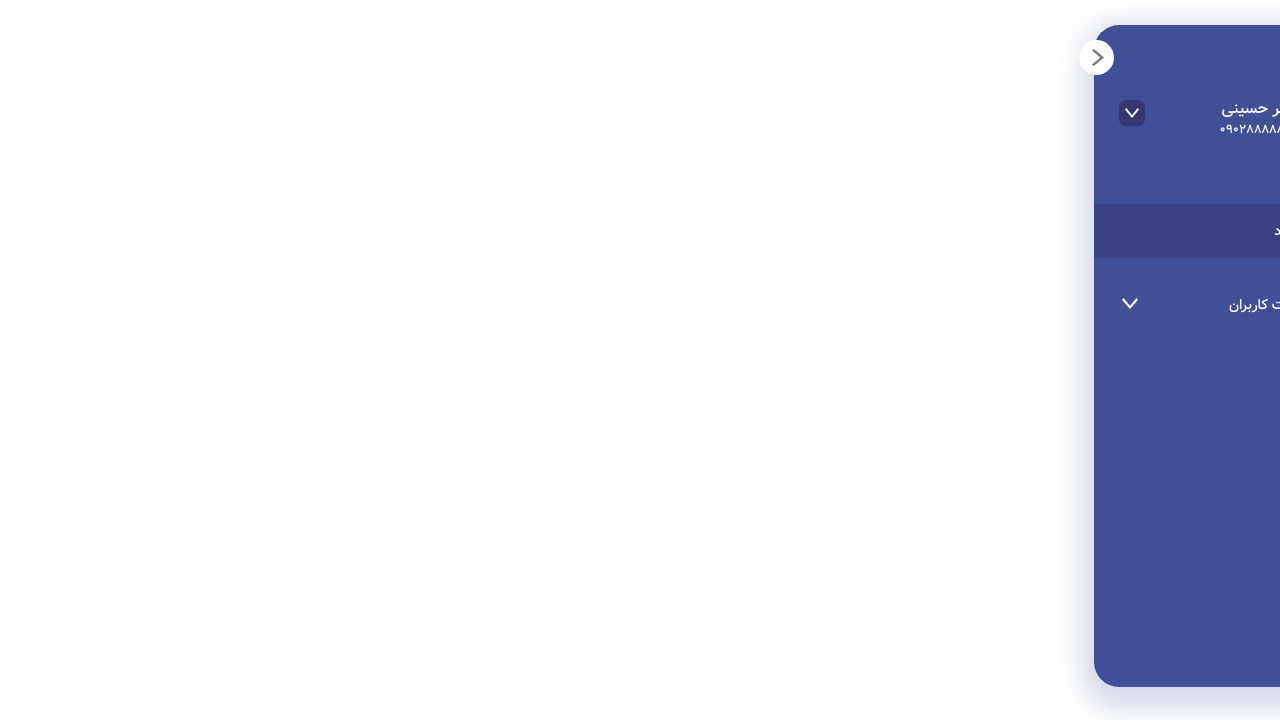
Repository: kosar78/quiz-online
Page: manager-panel-dashbord.html
The author's editor kept a copy of each file at every save. The page is drawn from the files as they stood at one save, then again after the next save.
The browser window is 1280 px wide. The pictures show the whole page.

Above is the page before, as saved 2021-11-09 02:15:00.

### manager-panel-dashbord.html
<!DOCTYPE html>
<html lang="en">
<head>
    <meta charset="UTF-8">
    <meta name="viewport" content="width=device-width, initial-scale=1.0">
    <link rel="stylesheet" href="css/manager-panel.css">
    <link rel="stylesheet" href="bootstrap_files/css/bootstrap.min.css">
    <script type="text/javascript" src="JQuery_file/jQuery.js"></script>
    <script type="text/javascript" src="bootstrap_files/js/bootstrap.min.js"></script>
    <script type="text/javascript" src="js/manager-panel.js"></script>
    <title>پنل مدیر- داشبورد</title>
</head>
<body>
    <div class="container-fluid">
        <div class="row">
            <div class="col-xl-3 sidebar-parent">
                <div class="resize-sidebar">
                    <img class="resize-right show" src="images/right.svg" alt="">
                    <img class="resize-left hide" src="images/left.svg" alt="">
                </div>
                <div class="sidebar">
                    <ul class="user-profile">
                        <li class="user-img">
                            <img src="images/Cute-Kids-Baby-Girl-Toddler-SDL005498623-2-ce2cf.JPEG" alt="">
                        </li>
                        <li class="user-name-phone">
                            <p class="user-name">
                                کوثر حسینی
                            </p>
                            <p class="user-phone">
                                09028888888
                            </p>
                        </li>
                        <li class="manage-profile">
                            <img class="bottom show" src="images/bottom.svg" alt="">
                            <img class="top hide" src="images/top.svg" alt="">
                        </li>
                    </ul>
                    <div class="manage-profile-menubar hide">
                        <div>
                            <ul class="mp-menubar">
                                <li><img src="images/manage-profile-icon.svg" alt="" class="mp-icon"></li>
                                <li class="mp-name">
                                    پروفایل
                                </li>
                            </ul>
                            <ul class="mp-menubar">
                                <li><img src="images/change-pass-icon.svg" alt="" class="mp-icon"></li>
                                <li class="mp-name">
                                    تغییر رمز عبور
                                </li>
                            </ul>
                            <ul class="mp-menubar">
                                <li><img src="images/profile-manage-exit-icon.svg" alt="" class="mp-icon"></li>
                                <li class="mp-name">
                                    خروج
                                </li>
                            </ul>
                        </div>
                    </div>
                    <ul class="sidebar-case active-case dashbord">
                        <div class="v-line"></div>
                        <li class="case-icon">
                            <img src="images/dashbord-icon.svg" alt="">
                        </li>
                        <li class="case-name">
                            داشبورد
                        </li>
                    </ul>
                    <ul class="sidebar-case user-management">
                        <div class="v-line"></div>
                        <li class="case-icon">
                            <img src="images/user-management-icon.svg" alt="">
                        </li>
                        <li class="case-name">
                            مدیریت کاربران
                        </li>

                        <li class="user-mangement-cases-icon">
                            <img id="user-mangement-cases-icon-bottom" class="show" src="images/bottom.svg" alt="">
                            <img id="user-mangement-cases-icon-top" class="hide" src="images/top.svg" alt="">
                        </li>
                    </ul>
                    <div class="user-management-cases hide">
                        <ul class="user-management-case">
                            <li class="umc-icon"><img src="images/teacher-icon-hide.svg" alt=""></li>
                            <li class="umc-name">
                                استاد
                            </li>
                        </ul>
                        <ul class="user-management-case">
                            <li class="umc-icon"><img src="images/student-icon-hide.svg" alt=""></li>
                            <li class="umc-name">
                                دانشجو
                            </li>
                        </ul>
                        <ul class="user-management-case">
                            <li class="umc-icon"><img src="images/course-icon-hide.svg" alt=""></li>
                            <li class="umc-name">
                                درس
                            </li>
                        </ul>
                    </div>
                </div>
            </div>
            <div class="col-xl-9">

            </div>
        </div>
    </div>
</body>
</html>

### css/manager-panel.css
@font-face {
    font-family: FirstFont;
    src:url(../font/Vazir-Medium.woff2) format('woff2');
    src:url(../font/Vazir-Medium-FD-WOL.woff2) format('woff2');
  }
* {
    margin: 0;
    padding: 0;
    user-select: none;
    -moz-user-select: none;
    -khtml-user-select: none;
    -webkit-user-select: none;
    -o-user-select: none;
    text-align: right;
    text-decoration:none;
}
html body {
    direction: rtl;
    font-family:FirstFont;
    text-align: center;

}

ul li{
    display: inline-block;
    list-style: none;
}
.sidebar-parent{
    padding: 25px;
    margin-right: 15px;
    position: relative;
}
.sidebar{
    width: 100%;
    height: 92vh;
    background-color: #3E5196;
    border-radius: 25px;
    box-shadow: 0px 10px 23px 13px rgba(62, 81, 150, 0.2);

}
.resize-sidebar{
    border-radius: 50%;
    width: 35px;
    text-align: center;
    height: 35px;
    position: absolute;
    padding-top: 9px;
    top: 40px;
    background: #fff;
    padding-right: 10px;
    left: 0;
    cursor: pointer;
}
.resize-sidebar img{
    width: 12px;
}
.user-img img{
    width: 55px;
    height: 55px;
    border-radius: 50%;
}
.user-profile{
    padding-right: 15px;
    padding-top: 60px;

}
.user-name-phone p{
    margin-bottom: 0 !important;
    color: #fff;
}
.user-name-phone{
    position: relative;
    top: 12px;
    right: 10px;
    width: 59%;
}
.user-phone{
    font-size: 12px;
}
.user-name{
    /* width: 140px; */
    height: auto;
}
.manage-profile{
    background-color: #363671;
    padding: 8px 6px;
    border-radius: 7px;
    cursor: pointer;
    position: absolute;
    left: 40px;
    margin-top: 15px;
}
.manage-profile img{
    width: 14px;
}
.sidebar-case{
    padding-right: 25px;
    padding-top: 15px;
    padding-bottom: 15px;
    margin-bottom: 0px !important;
    margin-top: 20px;

}
.dashbord{
    margin-top: 60px;
}
.sidebar-case li{
    cursor: pointer;
}
.active-case .v-line{
    background: #fff;
    width: 8px;
    position: absolute;
    height: 54px;
    top: 0;
    right: 0;
}
.active-case{
    background: rgba(54, 54, 113, 0.5);
    position: relative;
}
.case-name{
    width: 64%;
    color: #fff;
    margin-right: 15px;
    font-size: 14px;
}
.user-management .case-name{
    margin-right: 9px;
}
.user-management-case{
    margin-bottom: 0px !important;
    padding: 10px 0;
}
.user-management-case li{
    cursor: pointer;
}
.user-management-case .umc-icon img{
    width: 25px;
}
.user-management-cases{
    padding-right: 65px;
}
.user-management-case .umc-name{
    font-size: 15px;
    color: rgba(255, 255, 255, 0.8);
    padding-right: 12px;
}
.manage-profile-menubar{
    left: 40px;
    margin-top: -25px;
    position: absolute;
    z-index: 1;
}
.manage-profile-menubar div{

    background-color: #363671;
    border-radius: 10px;
    width: max-content;
    transition: all 0.4s cubic-bezier(0.39, 0.58, 0.57, 1);
}
.manage-profile-menubar .mp-menubar{
    margin-bottom: 0;
    padding: 15px;
}
.manage-profile-menubar .mp-name{
    color: #fff;
    font-size: 13px;
    padding-right: 12px;
    padding-left: 25px;
}
.manage-profile-menubar .mp-menubar li{
    cursor: pointer;
}
.user-mangement-cases-icon{
    position: absolute;
    left: 43px;
    margin-top:5px;
}
.hide{
    display: none;
}
.show{
    display: block;
}

### js/manager-panel.js
$(document).ready(function(){
    $(".manage-profile").click(function(){
        if($(".bottom").hasClass("show")){
            $(".bottom").removeClass("show")
            $(".bottom").addClass("hide")
            $(".top").addClass("show")
            $(".top").removeClass("hide")
            $(".manage-profile-menubar").removeClass("hide")
            $(".manage-profile-menubar").addClass("show")
        }
        else if($(".bottom").hasClass("hide")){
            $(".bottom").removeClass("hide")
            $(".bottom").addClass("show")
            $(".top").addClass("hide")
            $(".top").removeClass("show")
            $(".manage-profile-menubar").removeClass("show")
            $(".manage-profile-menubar").addClass("hide")
        }

    })

    $(".user-management li").click(function(){
        if($("#user-mangement-cases-icon-bottom").hasClass("show")){
            $("#user-mangement-cases-icon-bottom").removeClass("show")
            $("#user-mangement-cases-icon-bottom").addClass("hide")
            $("#user-mangement-cases-icon-top").addClass("show")
            $("#user-mangement-cases-icon-top").removeClass("hide")
            $(".user-management-cases").removeClass("hide")
            $(".user-management-cases").addClass("show")
        }
        else if($("#user-mangement-cases-icon-bottom").hasClass("hide")){
            $("#user-mangement-cases-icon-bottom").removeClass("hide")
            $("#user-mangement-cases-icon-bottom").addClass("show")
            $("#user-mangement-cases-icon-top").addClass("hide")
            $("#user-mangement-cases-icon-top").removeClass("show")
            $(".user-management-cases").removeClass("show")
            $(".user-management-cases").addClass("hide")
        }

    })
    $(".resize-sidebar").click(function(){
        if($(".resize-right").hasClass("show")){
            $(".resize-right").removeClass("show")
            $(".resize-right").addClass("hide")
            $(".resize-left").addClass("show")
            $(".resize-left").removeClass("hide")
            $(".sidebar-parent").removeClass("col-xl-3")
            $(".sidebar-parent").addClass("col-xl-1")
            // $(".sidebar-parent").css("padding-left","15px !important")
        }
        else if($(".resize-right").hasClass("hide")){
            $(".resize-right").removeClass("hide")
            $(".resize-right").addClass("show")
            $(".resize-left").addClass("hide")
            $(".resize-left").removeClass("show")

        }

    })

})

Loaded but not shown: bootstrap_files/css/bootstrap.min.css (library); JQuery_file/jQuery.js (library); bootstrap_files/js/bootstrap.min.js (library)

After the next save:
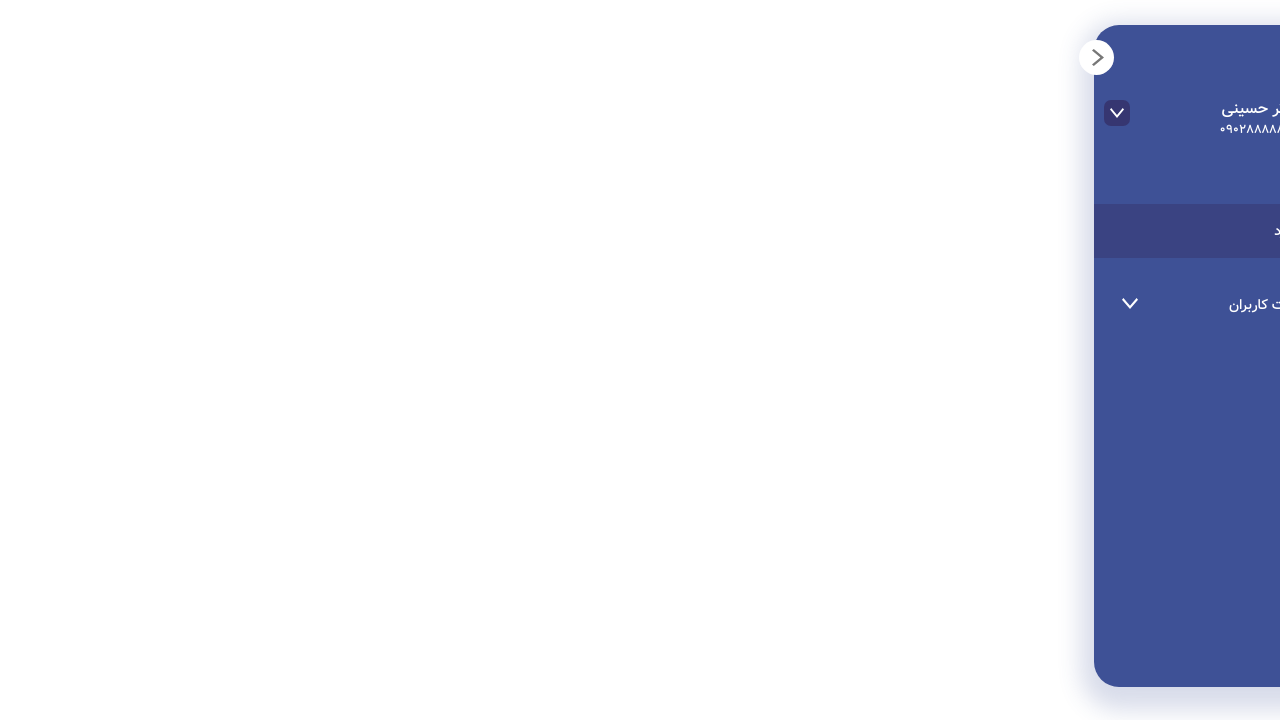
Saved 2 min 39 s later.
--- a/css/manager-panel.css
+++ b/css/manager-panel.css
@@ -87,7 +87,7 @@ ul li{
     border-radius: 7px;
     cursor: pointer;
     position: absolute;
-    left: 40px;
+    left: 25px;
     margin-top: 15px;
 }
 .manage-profile img{
@@ -147,7 +147,7 @@ ul li{
     padding-right: 12px;
 }
 .manage-profile-menubar{
-    left: 40px;
+    left: 25px;
     margin-top: -25px;
     position: absolute;
     z-index: 1;
